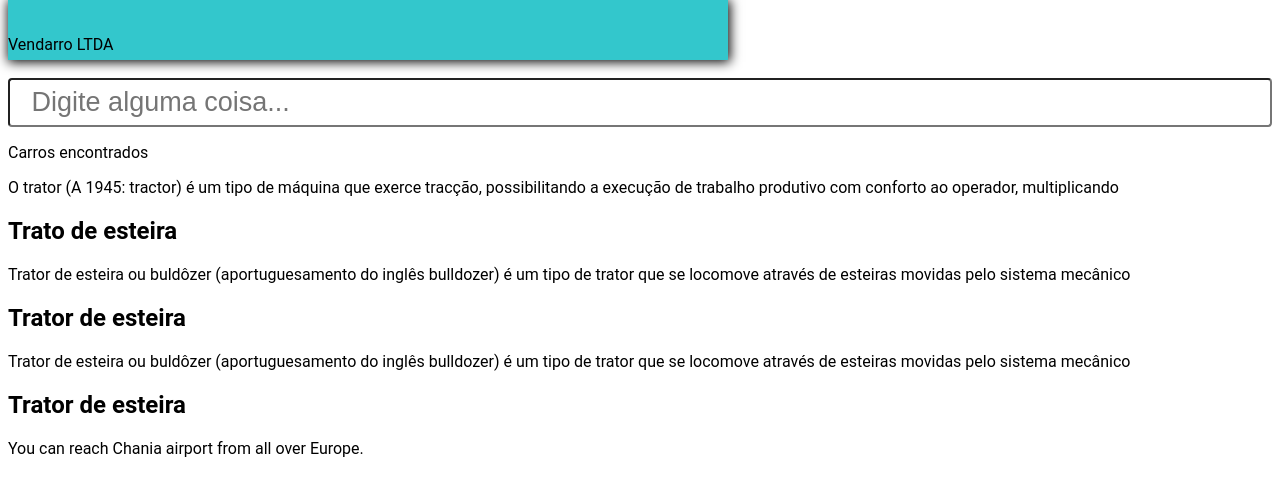
Repository: ecrseer/pesquisa-carros-html
Page: index.html
The author's editor kept a copy of each file at every save. The page is drawn from the files as they stood at one save, then again after a run of saves.
The browser window is 1280 px wide. The pictures show the whole page.

Above is the page before, as saved 2022-01-21 16:37:26.

After the next 2 saves:
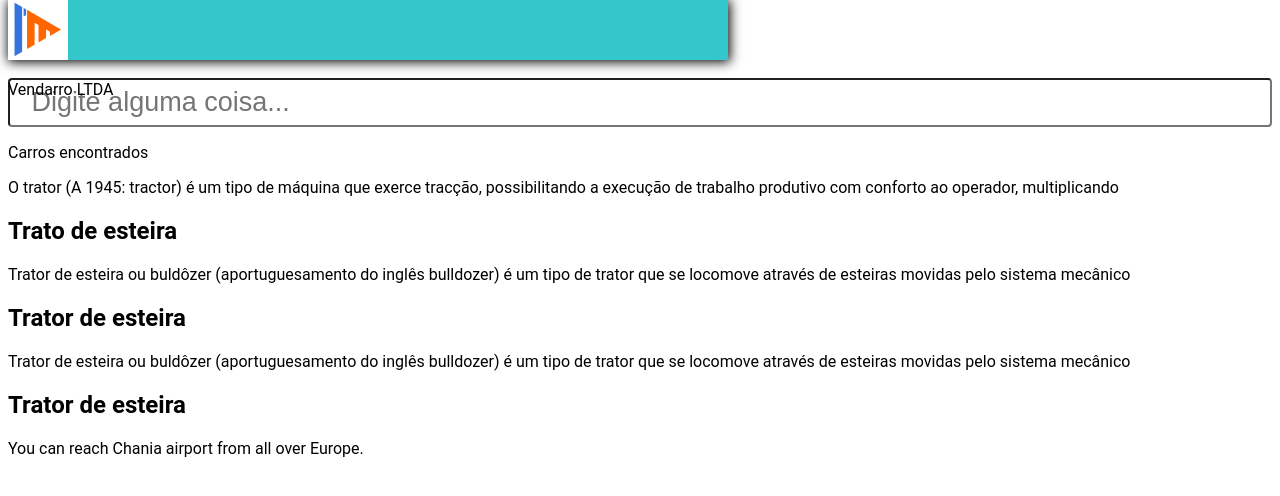
The 2 saves are shown as one change because they came seconds apart.
The last was saved 33 s later.
--- a/index.html
+++ b/index.html
@@ -15,7 +15,7 @@
 
 <body>
     <nav class="header">
-      <img src="" alt="">
+      <img src="./imgs/logo.png" alt="">
       <p>Vendarro LTDA</p>
 
       </nav>
